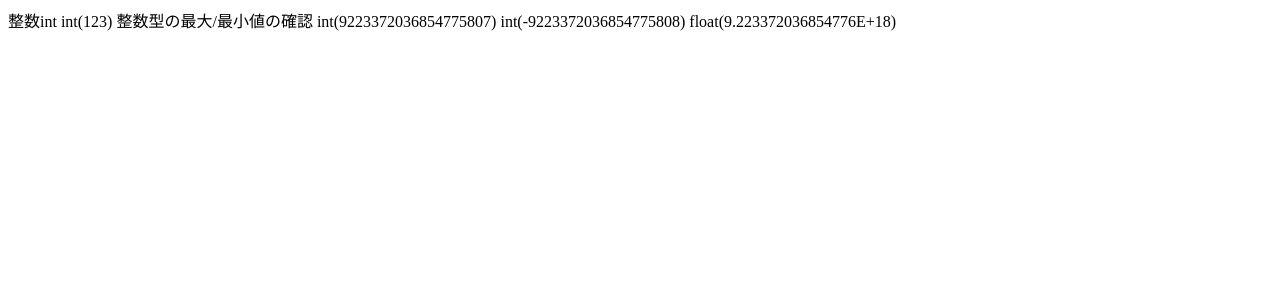
Repository: eri-seisaku/php
Page: http://localhost/type_int.php
The author's editor kept a record of every edit. The page is drawn from the files as they stood at one moment, then again after the next edit.
The browser window is 1280 px wide. The pictures show the whole page.
The page is run by PHP 8.4 with error messages shown; the project is at /var/www/html/.

Above is the page before.

### type_int.php
<?php

// 整数型の確認
echo "整数int \n";
$i = 123;
var_dump($i);

// 整数型の最大/最小値の確認
echo "整数型の最大/最小値の確認 \n";
var_dump(PHP_INT_MAX);
var_dump(PHP_INT_MIN);

// 「最大値」を超えた値はどうなる？

$over_max = PHP_INT_MAX +1;
var_dump($over_max);

// 「最小値」を下回った値はどうなる？


?>

After the next edit:
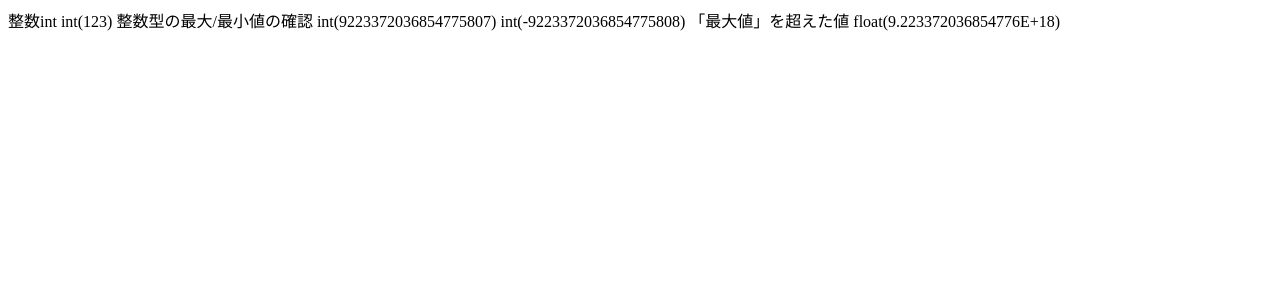
The edit:
--- a/type_int.php
+++ b/type_int.php
@@ -11,7 +11,7 @@
 var_dump(PHP_INT_MIN);
 
 // 「最大値」を超えた値はどうなる？
-
+echo "「最大値」を超えた値 \n";
 $over_max = PHP_INT_MAX +1;
 var_dump($over_max);
 
